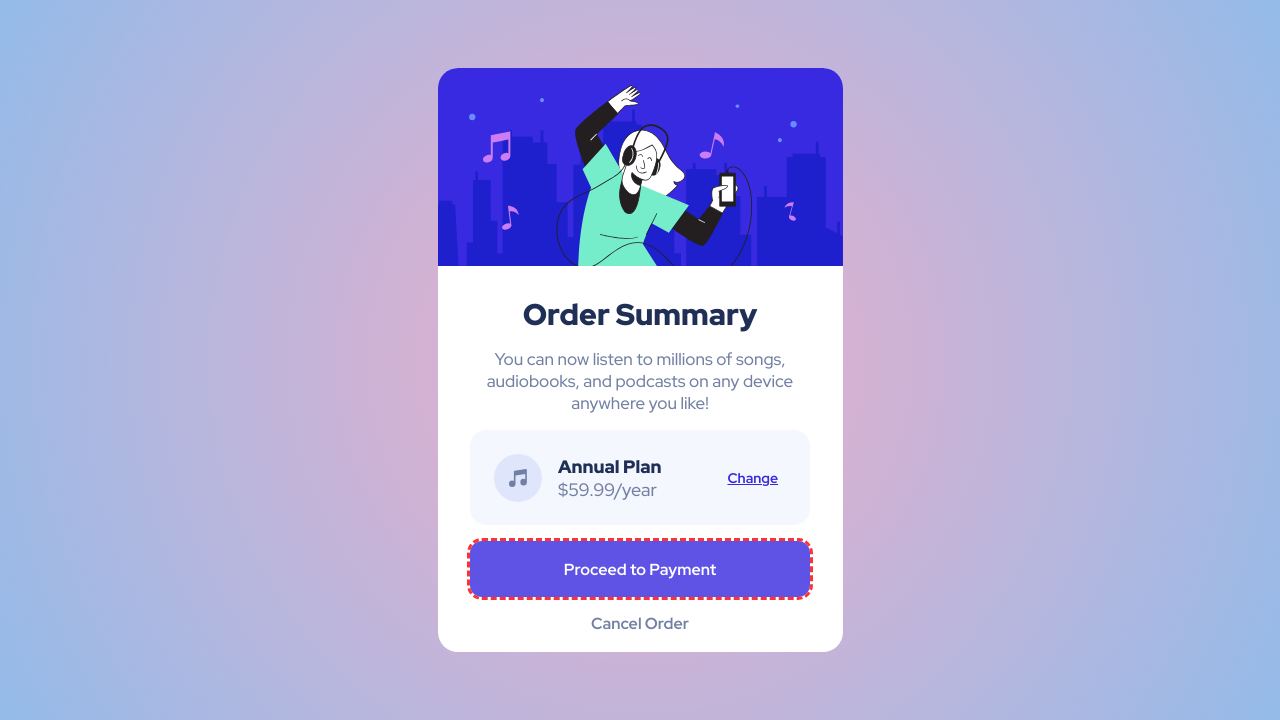
Repository: KamoliddinGIT/order-summary-card
Page: index.html
An editor plug-in stored every save of this project. The page is shown before and after the next save, followed by the edit.
The browser window is 1280 px wide. The pictures show the whole page.
The first visible `.apply__btn` is being pressed.

Above is the page before, as saved 2023-09-13 11:07:34.

After the next save:
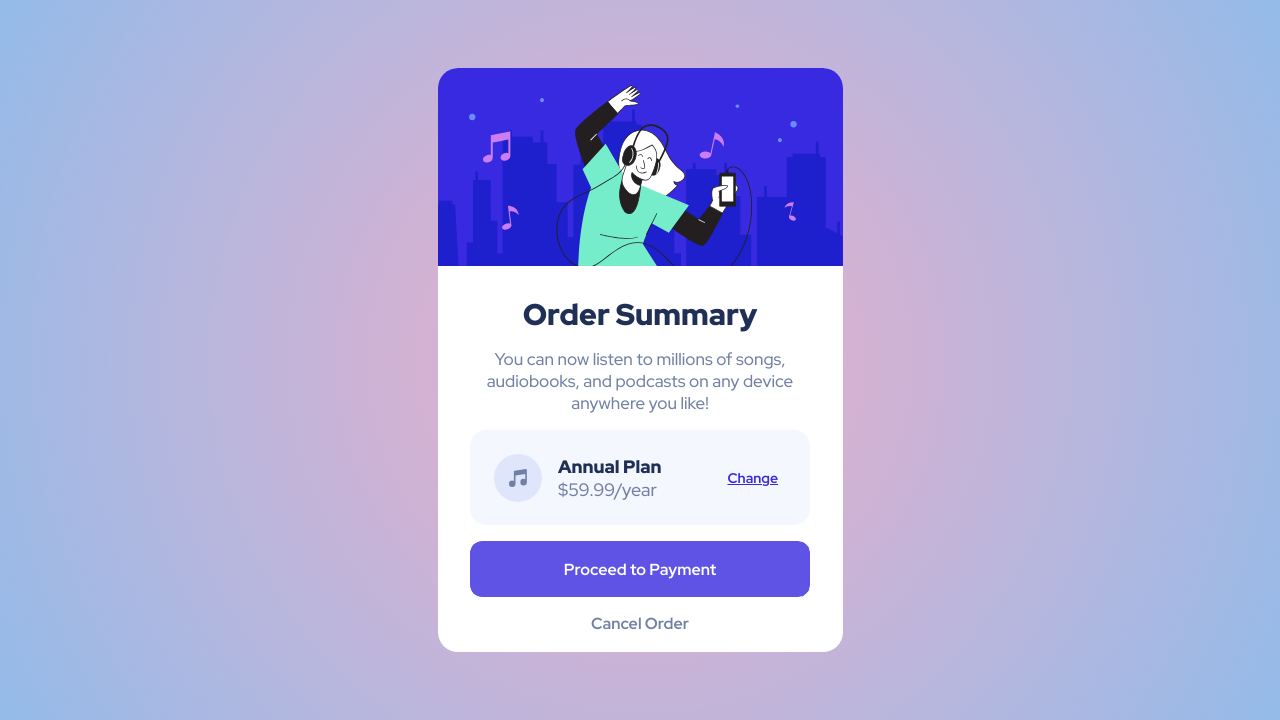
Saved 7 s later.
--- a/css/style.css
+++ b/css/style.css
@@ -109,7 +109,7 @@
 }
 
 .apply__btn:active {
-  outline: 3px dashed red;
+  outline: 3px dashed white;
   /* border: 3px dashed red; */
 }
 

After the 2 saves that followed:
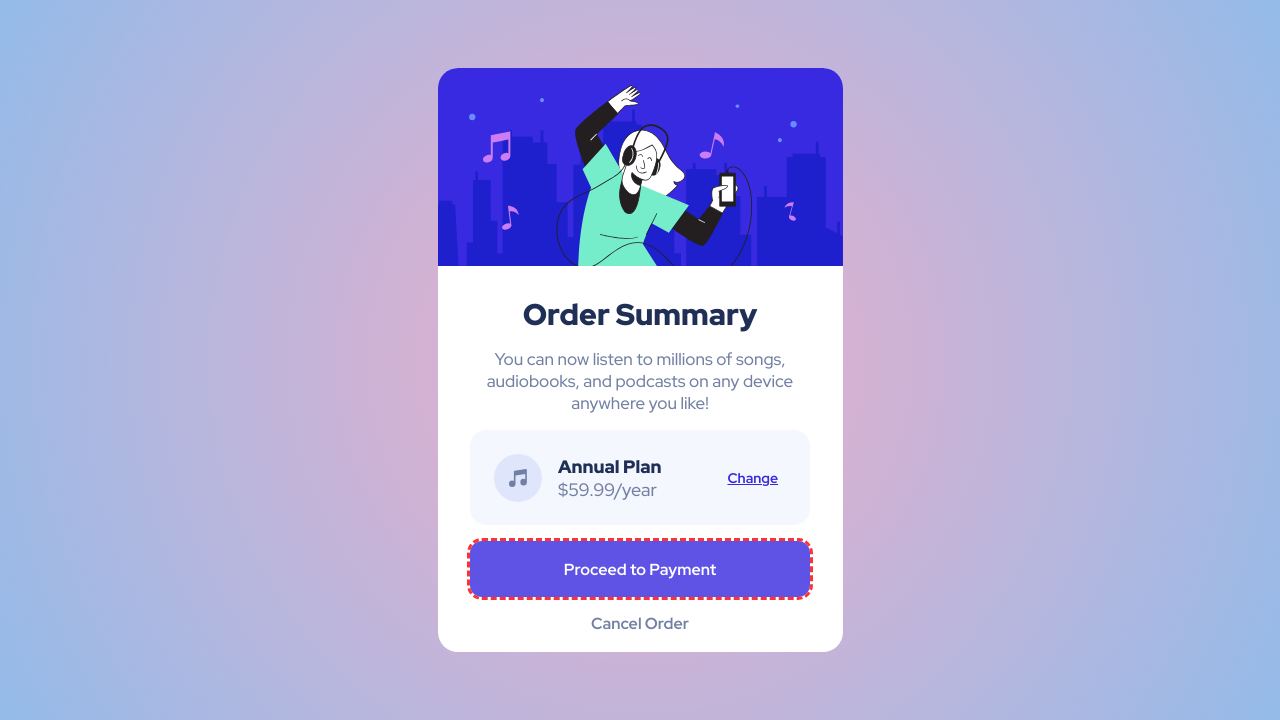
The 2 saves are shown as one change because they came seconds apart.
The last was saved 9 s later.
--- a/css/style.css
+++ b/css/style.css
@@ -109,7 +109,7 @@
 }
 
 .apply__btn:active {
-  outline: 3px dashed white;
+  outline: 3px dashed red;
   /* border: 3px dashed red; */
 }
 
